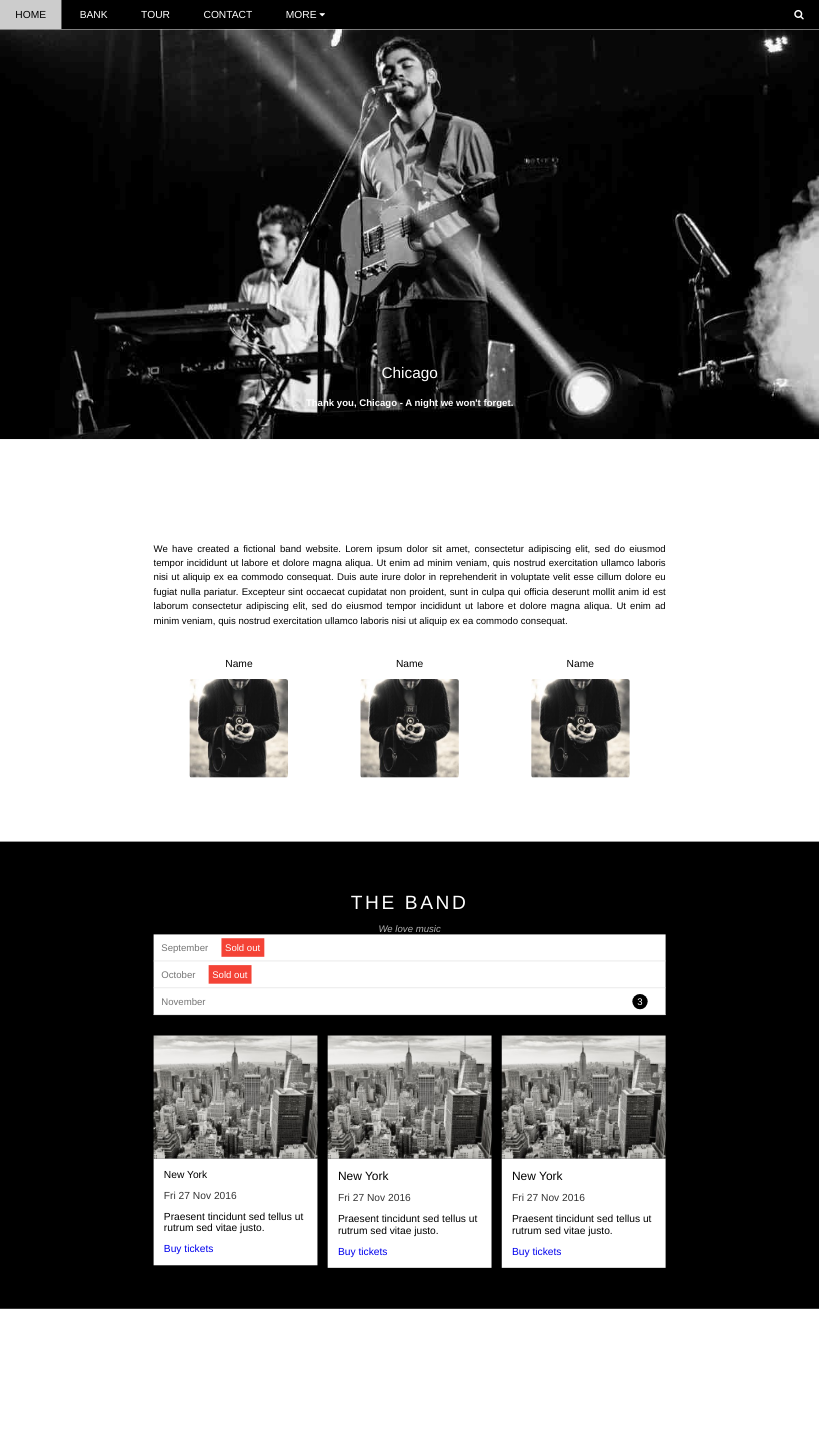
Repository: vuongtm1999/TheBand_W3School
Page: index.html
The author's editor kept a copy of each file at every save. The page is drawn from the files as they stood at one save, then again after the next save.
The browser window is 1280 px wide. The pictures show the whole page, at 64% of full size.

Above is the page before, as saved 2022-08-26 18:06:52.

After the next save:
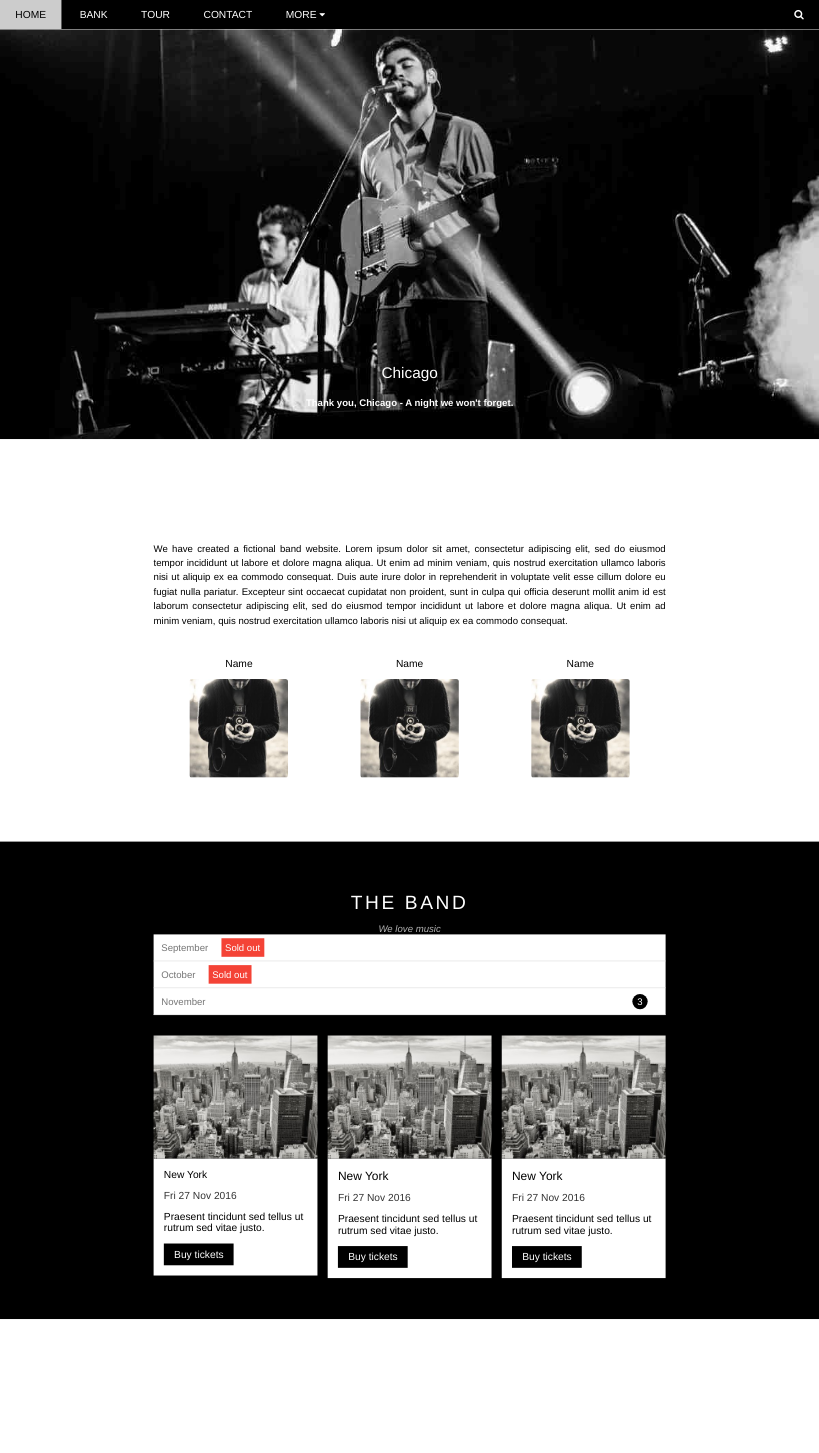
Saved 2 min 27 s later.
--- a/assets/css/style.css
+++ b/assets/css/style.css
@@ -299,7 +299,10 @@ a{
 }
 
 .place-buy-tickets{
-
+    background-color: #000;
+    padding: 8px 16px;
+    color: white;
+    display: inline-block;
 }
 
 
